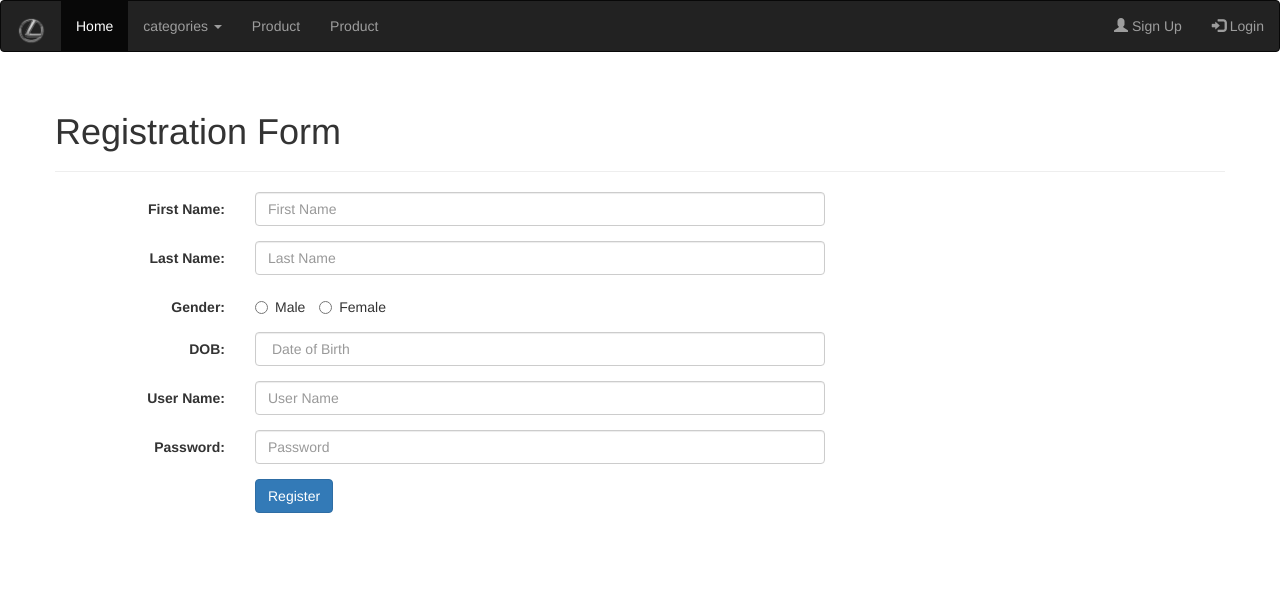
Repository: kavintech/DTProject
Page: http://localhost/Ecommerce_frontend/WEB-INF/views/signup.jsp
The author's editor kept a copy of each file at every save. The page is drawn from the files as they stood at one save, then again after the next save.
The browser window is 1280 px wide. The pictures show the whole page.
Some web libraries are served in a nearby version. The page is served by Tomcat 9. Nobody is signed in. Other server files are loaded and not shown. The template is opened directly, without the code that normally fills it, so the values that code supplies are empty.

Above is the page before, as saved 2017-11-14 09:16:13.

### Ecommerce_frontend/src/main/webapp/WEB-INF/views/signup.jsp
<%@ page language="java" contentType="text/html; charset=ISO-8859-1"
    pageEncoding="ISO-8859-1"%>
<!DOCTYPE html PUBLIC "-//W3C//DTD HTML 4.01 Transitional//EN" "http://www.w3.org/TR/html4/loose.dtd">
<html>
<head>
<meta http-equiv="Content-Type" content="text/html; charset=ISO-8859-1">
<title>Insert title here</title>
</head>
<body>
<jsp:include page="header.jsp"></jsp:include>
<div class="container">
<div class="row">
<div class="page-header">
<h1>Registration Form</h1>
</div>
<form class="form-horizontal" role="form" method="post" action="#">

<div class="form-group">
<label for="firstName" class="col-sm-2 control-label">First Name:</label>
<div class="col-sm-6">
<input type="text" name="firstName" class="form-control" id="firstName" placeholder="First Name">
</div>
</div>

<div class="form-group">
<label for="lastName" class="col-sm-2 control-label">Last Name:</label>
<div class="col-sm-6">
<input type="text" name="lastName" class="form-control" id="lastName" placeholder="Last Name">
</div>
</div>

<div class="form-group">
<label for="" class="col-sm-2 control-label">Gender:</label>
<div class="col-sm-6">
<label class="radio-inline">
<input type="radio" name="gender" id="gender1" value="male">Male
</label>
<label class="radio-inline">
<input type="radio" name="gender" id="gender2" value="female">Female
</label>

</div>
</div>

<div class="form-group">
<label for="dob" class="col-sm-2 control-label">DOB:</label>
<div class="col-sm-6">
<input type="text" name="dob" class="form-control datepicker" id="dob" placeholder=" Date of Birth">
</div>
</div>

<div class="form-group">
<label for="userName" class="col-sm-2 control-label">User Name:</label>
<div class="col-sm-6">
<input type="email" name="userName" class="form-control" id="userName" placeholder="User Name">
</div>
</div>

<div class="form-group">
<label for="passwd" class="col-sm-2 control-label">Password:</label>
<div class="col-sm-6">
<input type="password" name="passwd" class="form-control" id="passwd" placeholder="Password">
</div>
</div>

<div class="form-group">
<div class="col-sm-offset-2 col-sm-10">
<button type="submit" class="btn btn-primary" id="register">Register</button>
</div>
</div>

</form>

</div><!-- end for class "row" -->
</div><!-- end for class "container" -->

</body>
</html>

### Ecommerce_frontend/src/main/webapp/WEB-INF/views/header.jsp
<%@ page language="java" contentType="text/html; charset=ISO-8859-1"
    pageEncoding="ISO-8859-1"%>
<!DOCTYPE html PUBLIC "-//W3C//DTD HTML 4.01 Transitional//EN" "http://www.w3.org/TR/html4/loose.dtd">
<html>
<head>
<meta http-equiv="Content-Type" content="text/html; charset=ISO-8859-1">
<link rel="stylesheet" href="https://maxcdn.bootstrapcdn.com/bootstrap/3.3.7/css/bootstrap.min.css">
  <script src="https://ajax.googleapis.com/ajax/libs/jquery/3.2.1/jquery.min.js"></script>
  <script src="https://maxcdn.bootstrapcdn.com/bootstrap/3.3.7/js/bootstrap.min.js"></script>
<title>Insert title here</title>
</head>
<body>
<nav class="navbar navbar-inverse">
  <div class="container-fluid">
    <div class="navbar-header">
       <a class="navbar-brand brand-name">

     <img  src="./resources/images/lexus.png" class="img-circle" width="30px"></a>

    </div>
    <ul class="nav navbar-nav">
      <li class="active"><a href="#">Home</a></li>
      <li class="dropdown"><a class="dropdown-toggle" data-toggle="dropdown" href="#">categories <span class="caret"></span></a>
        <ul class="dropdown-menu">
          <li><a href="#">catogeries</a></li>
          <li><a href="#">categories</a></li>
          <li><a href="#">categories</a></li>
        </ul>
      </li>
      <li><a href="#">Product</a></li>
      <li><a href="#">Product</a></li>

    </ul>


       <ul class="nav navbar-nav navbar-right">
      <li><a href="rig"><span class="glyphicon glyphicon-user"></span> Sign Up</a></li>
      <li><a href="log"><span class="glyphicon glyphicon-log-in"></span> Login</a></li>
    </ul>


  </div>
</nav>

</body>
</html>

After the next save:
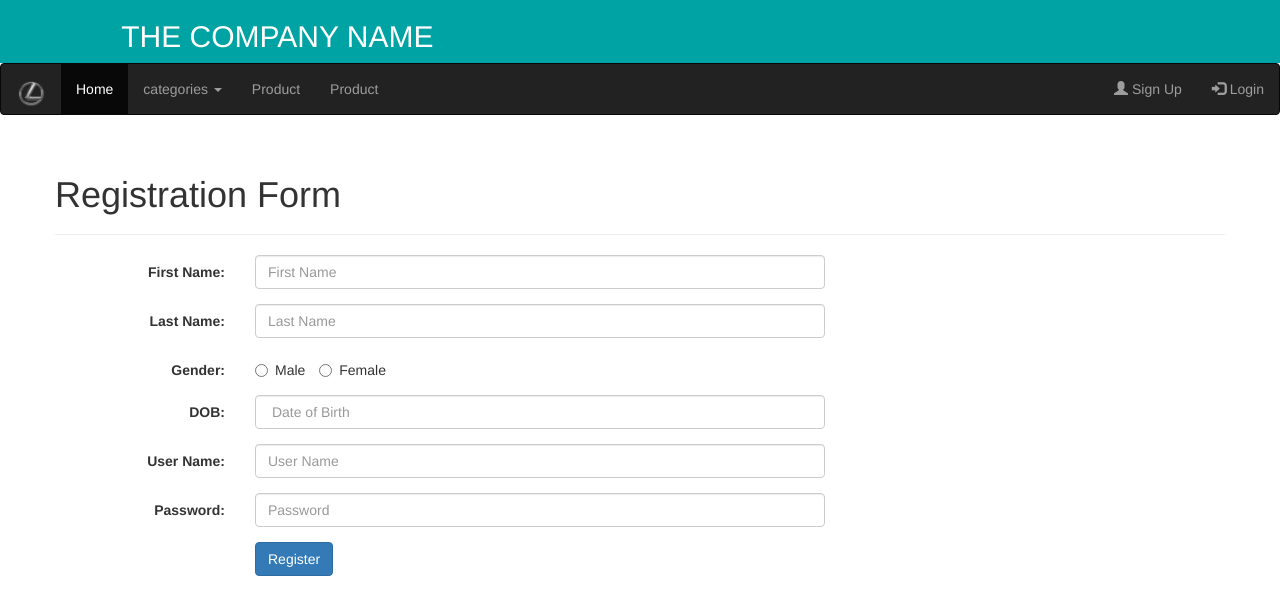
Saved 2 min 3 s later.
--- a/Ecommerce_frontend/src/main/webapp/WEB-INF/views/header.jsp
+++ b/Ecommerce_frontend/src/main/webapp/WEB-INF/views/header.jsp
@@ -10,6 +10,13 @@
 <title>Insert title here</title>
 </head>
 <body>
+<div class="container-fluid" style="background-color: #00a3a3;">
+        <div class="row">
+            <div class="col-md-12">
+                <h2 class="pull-left" style="margin-left:8.5%;color: white">THE COMPANY NAME</h2>
+            </div>
+        </div>
+    </div>
 <nav class="navbar navbar-inverse">
   <div class="container-fluid">
     <div class="navbar-header">
